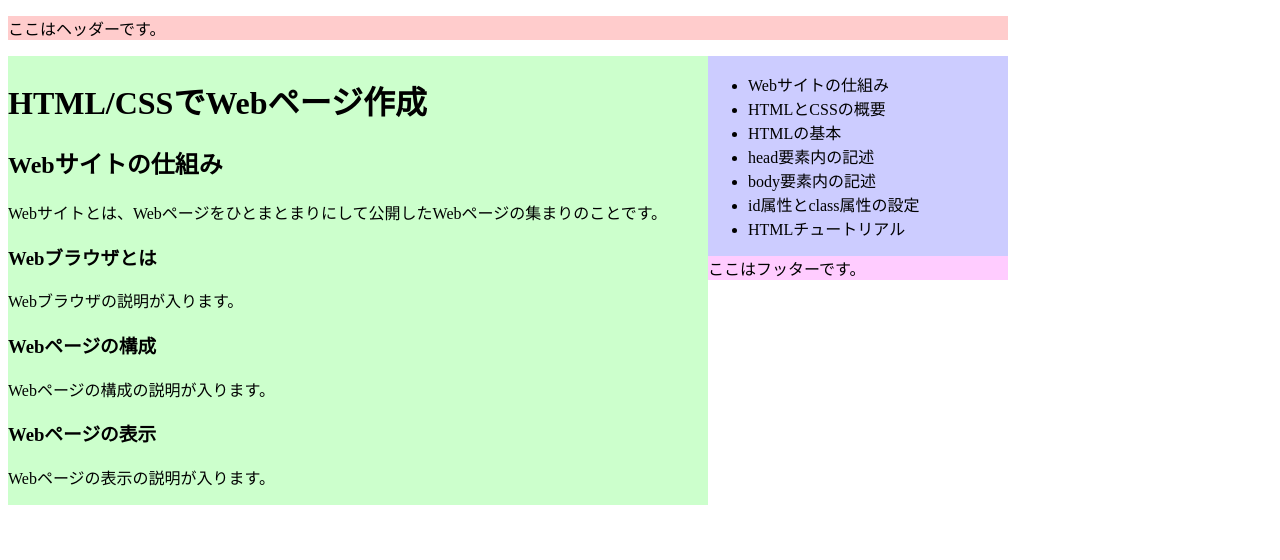
Repository: omastudio/first-git
Page: kadai-html.html
The author's editor kept a record of every edit. The page is drawn from the files as they stood at one moment, then again after the next edit.
The browser window is 1280 px wide. The pictures show the whole page.

Above is the page before.

### kadai-html.html
<!DOCTYPE html>
<html lang="ja">
    <head>
        <meta charset="utf-8">
        <title>HTML/CSSでWebページ作成</title>
        <link rel="stylesheet" href="kadai-css.css">
    </head>
    <body>
        <header><p>ここはヘッダーです。</p></header>
        <div id="wrapper">
            <nav id="menu">
                <ul>
                    <li>Webサイトの仕組み</li>
                    <li>HTMLとCSSの概要</li>
                    <li>HTMLの基本</li>
                    <li>head要素内の記述</li>
                    <li>body要素内の記述</li>
                    <li>id属性とclass属性の設定</li>
                    <li>HTMLチュートリアル</li>
                </ul>
            </nav>
            <div id="main">
                <h1>HTML/CSSでWebページ作成</h1>
                <h2>Webサイトの仕組み</h2>
                <p>Webサイトとは、Webページをひとまとまりにして公開したWebページの集まりのことです。</p>
                <h3>Webブラウザとは</h3>
                <p>Webブラウザの説明が入ります。</p>
                <h3>Webページの構成</h3>
                <p>Webページの構成の説明が入ります。</p>
                <h3>Webページの表示</h3>
                <p>Webページの表示の説明が入ります。</p>
            </div>
        </div>
        <footer><p>ここはフッターです。</p></footer>
    </body>
</html>

### kadai-css.css
@charset "UTF-8";

header {
    background-color: #ffcccc;
}

body{
    width: 1000px;
}

nav#menu {
    float: right;
    background-color: #ccccff;
    width: 300px;
}

div#main {
    float: left;
    background-color: #ccffcc;
    width: 700px;
}

footer {
  background-color: #ffccff;
}

.clearfix::after {
  content: '';
  display: block;
  clear: both;
}

After the next edit:
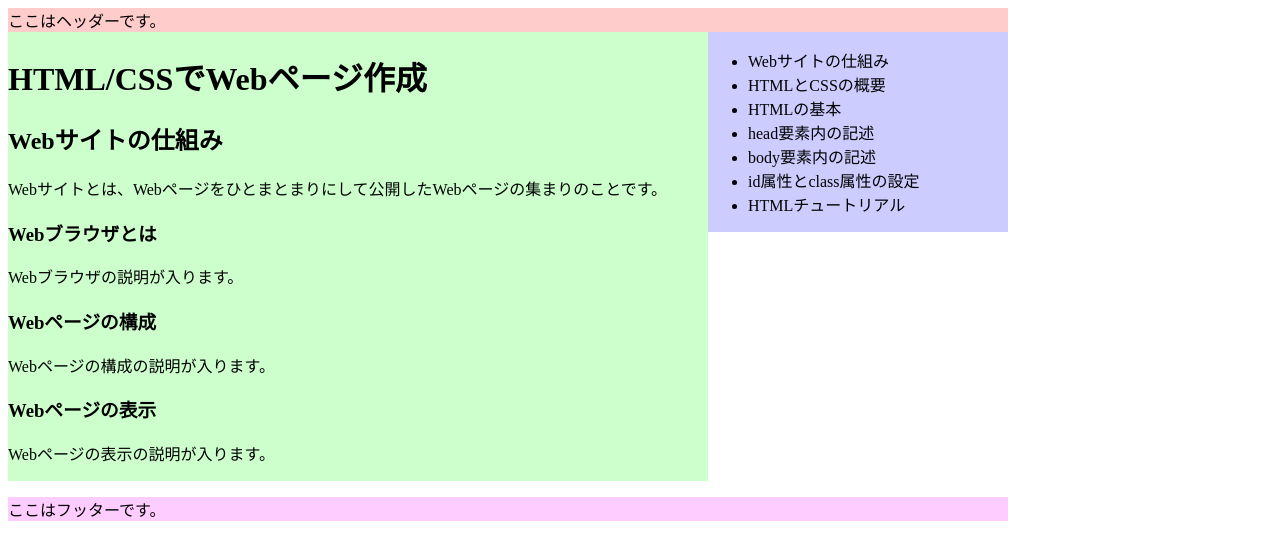
The edit:
--- a/kadai-html.html
+++ b/kadai-html.html
@@ -6,8 +6,10 @@
         <link rel="stylesheet" href="kadai-css.css">
     </head>
     <body>
-        <header><p>ここはヘッダーです。</p></header>
-        <div id="wrapper">
+        <header>
+            ここはヘッダーです。
+        </header>
+        <div id="wrapper" class="clearfix">
             <nav id="menu">
                 <ul>
                     <li>Webサイトの仕組み</li>
